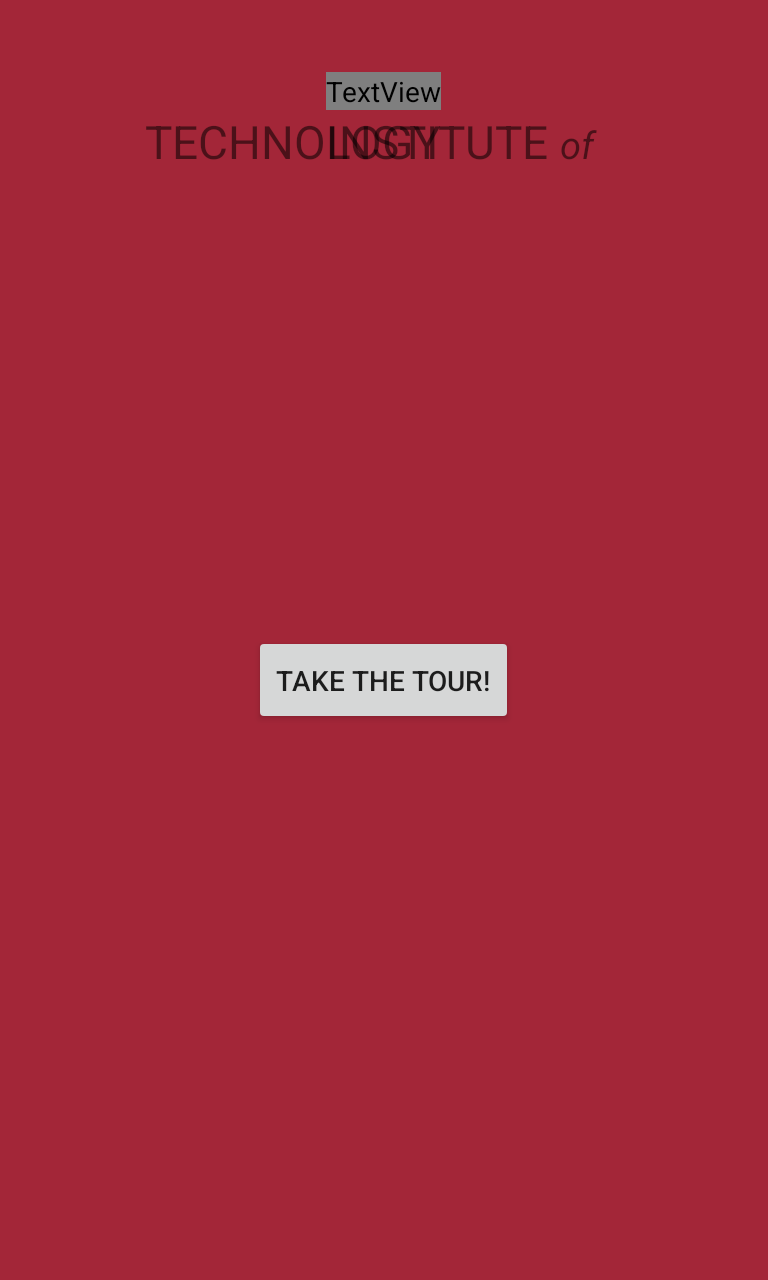
Repository: Klyros/StevensTourApp
Layout: StevensTourApp/res/layout/activity_home_screen.xml
The author's editor kept a copy of each file at every save. The layout is drawn from the files as they stood at one save, then again after the next save.
Pictures or frames that could not be fetched are drawn as grey boxes. It is drawn on a 768 x 1280 px phone screen (xhdpi) without system bars, with theme AppTheme; the app's code is not run.

Above is the layout before, as saved 2014-08-23 23:33:24.

After the next save:
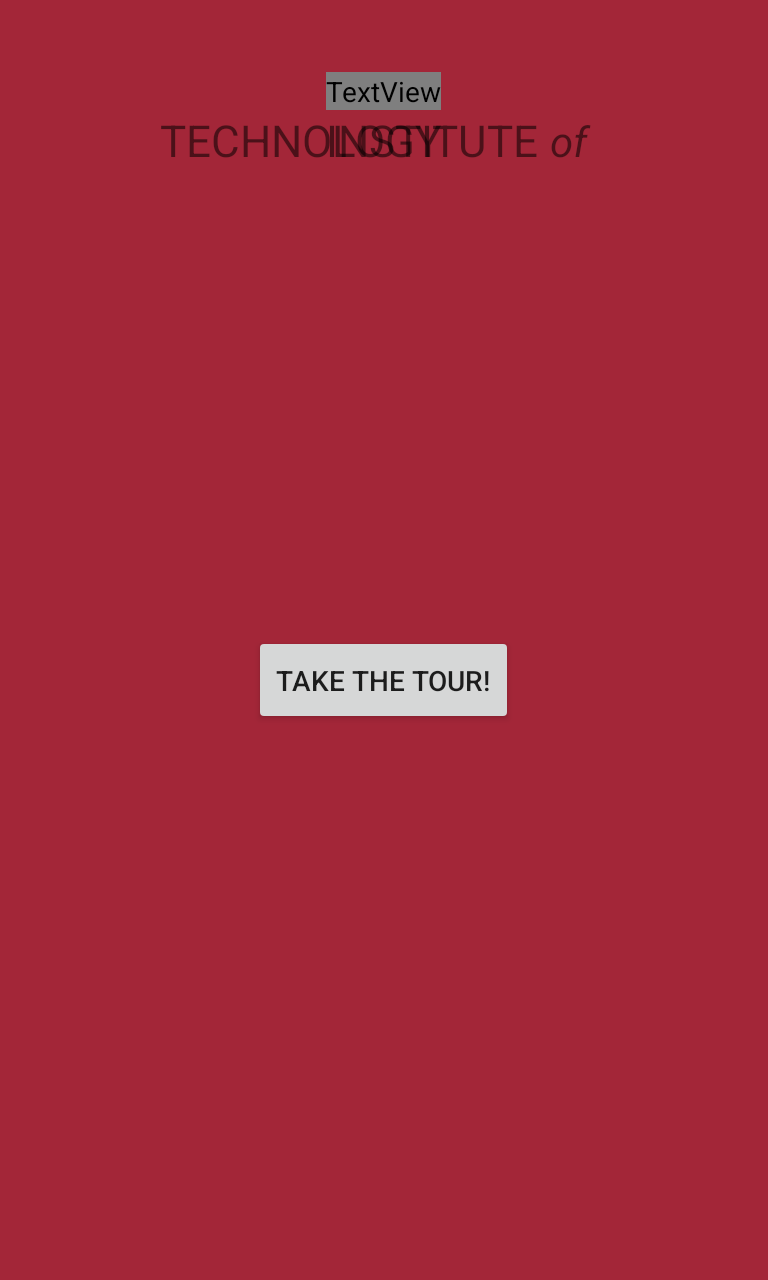
Saved 59 s later.
--- a/StevensTourApp/res/layout/activity_home_screen.xml
+++ b/StevensTourApp/res/layout/activity_home_screen.xml
@@ -36,7 +36,7 @@
             android:layout_height="wrap_content"
             android:layout_alignLeft="@+id/stevensTitle"
             android:layout_below="@+id/stevensTitle"
-            android:textSize="23sp"
+            android:textSize="22sp"
             android:text="INSTITUTE " />
 
         <TextView
@@ -47,7 +47,7 @@
             android:layout_alignBottom="@+id/stevensInstitute"
             android:layout_toRightOf="@+id/stevensInstitute"
             android:textStyle="italic"
-            android:textSize="19sp"
+            android:textSize="21sp"
             android:text="of  " />
 
         <TextView
@@ -58,6 +58,6 @@
             android:layout_alignBottom="@+id/stevensOf"
             android:layout_alignRight="@+id/stevensTitle"
             android:text="TECHNOLOGY"
-            android:textSize="23sp" />
+            android:textSize="22sp" />
 
 </RelativeLayout>
